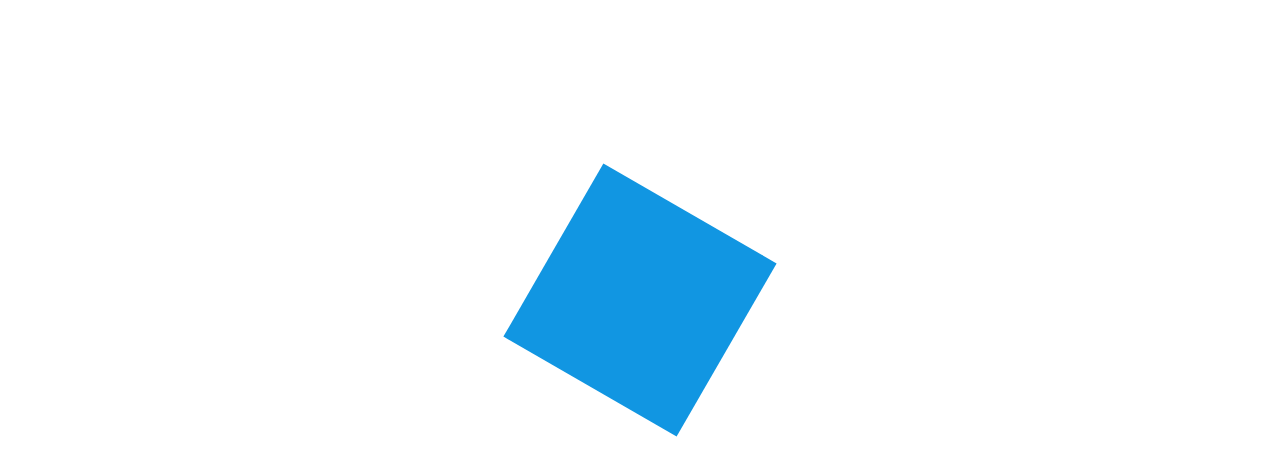
Repository: LstHeart/html-learning
Page: css3/rotate.html
An editor plug-in stored every save of this project. The page is shown before and after the next save, followed by the edit.
The browser window is 1280 px wide. The pictures show the whole page.

Above is the page before, as saved 2021-01-12 20:39:48.

### css3/rotate.html
<!DOCTYPE html>
<html lang="en">
  <head>
    <meta charset="UTF-8" />
    <meta name="viewport" content="width=device-width, initial-scale=1.0" />
    <meta http-equiv="X-UA-Compatible" content="ie=edge" />
    <title>rotate</title>
    <style>
      * {
        margin: 0px;
        padding: 0px;
      }
      .box {
        width: 200px;
        height: 200px;
        background-color: #1196e2;
        margin: 200px auto;
        transform: rotate(30deg)
      }
    </style>
  </head>
  <body>
    <div class="box"></div>

  </body>
</html>

After the next save:
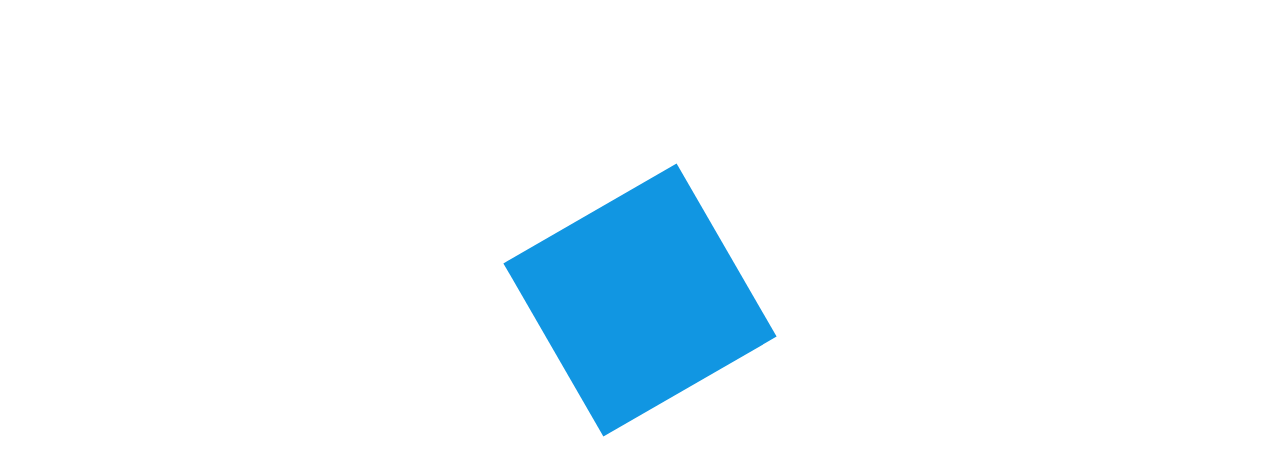
Saved 8 s later.
--- a/css3/rotate.html
+++ b/css3/rotate.html
@@ -15,7 +15,7 @@
         height: 200px;
         background-color: #1196e2;
         margin: 200px auto;
-        transform: rotate(30deg)
+        transform: rotate(-30deg)
       }
     </style>
   </head>

After the save that followed:
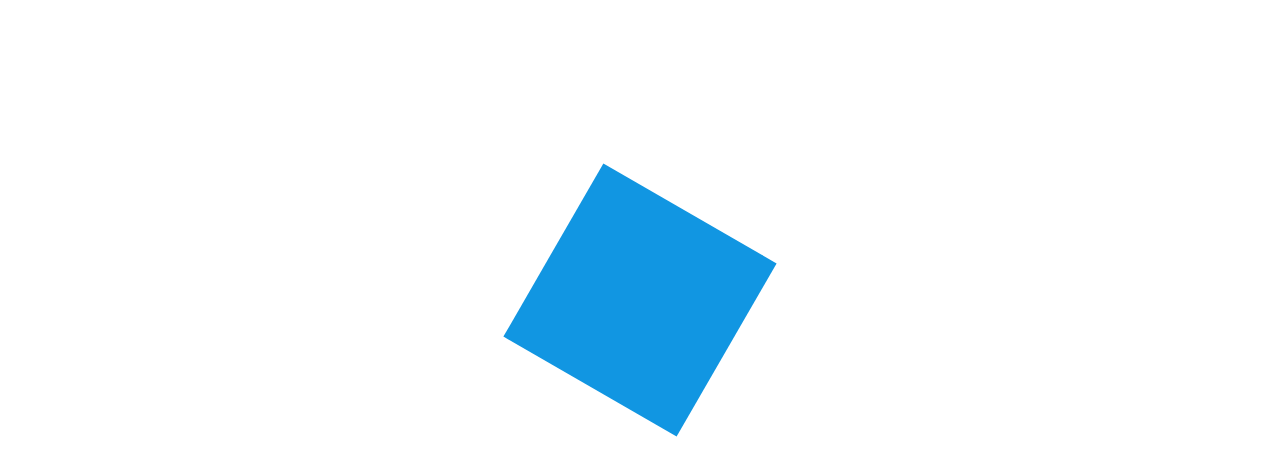
Saved 6 s later.
--- a/css3/rotate.html
+++ b/css3/rotate.html
@@ -15,7 +15,7 @@
         height: 200px;
         background-color: #1196e2;
         margin: 200px auto;
-        transform: rotate(-30deg)
+        transform: rotate(30deg)
       }
     </style>
   </head>
